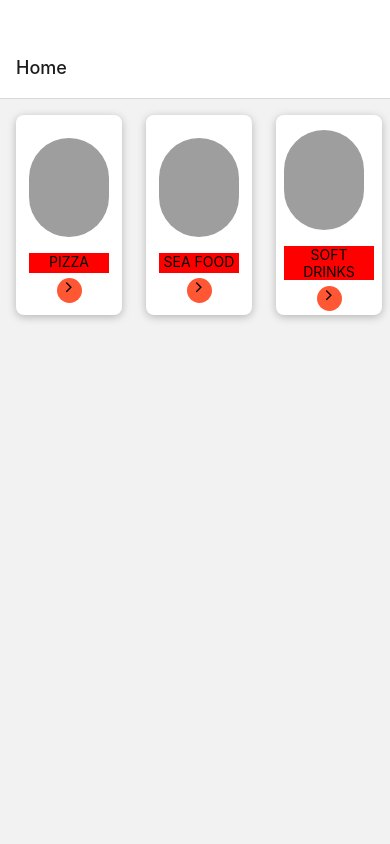
Repository: Esraa22M/ReactNative
Screen: /
An editor plug-in stored every save of this project. The screen is shown before and after the next save, followed by the edit.
Pictures or frames that could not be fetched are drawn as grey boxes. The app was drawn by React Native's web renderer in a window 390 px wide. The project was rebuilt for these pictures with package versions that can differ from the ones it lists, and the page was loaded fresh each time. Also part of the build but not shown: src/components/header/header.component.js, src/colors/front-screen-colors/user-auth-colors.js, src/components/header/header.styles.js, src/components/textInput/textInput.styles.js, src/components/textInput/textInput.components.jsx, src/components/singup-form-body/singup-form-body.components.js, src/screens/front-screen/Singup/singup-screen.screens.jsx, src/authentication/api/login-info.js and 2 more.

Above is the screen before, as saved 2023-09-21 02:32:27.

After the next save:
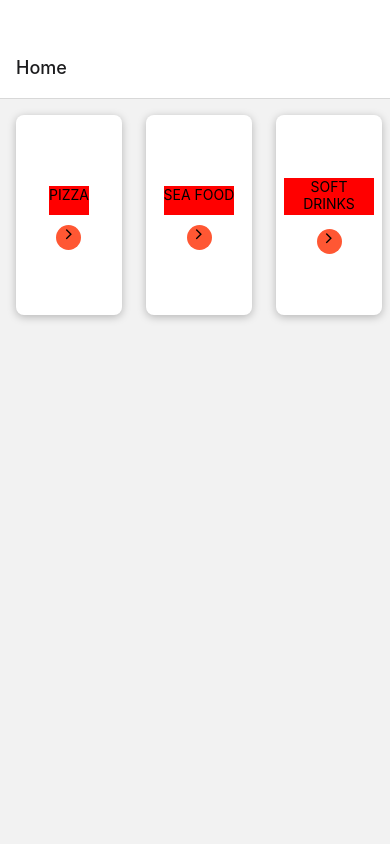
Saved 112 s later.
--- a/src/components/categories/category-item.components.js
+++ b/src/components/categories/category-item.components.js
@@ -35,7 +35,7 @@ const styles = StyleSheet.create({
     alignItems: "center",
     borderRadius: 8,
   },
-  image: {
+  imageContainer: {
     width: 80,
     height: 80,
     flex: 1,
